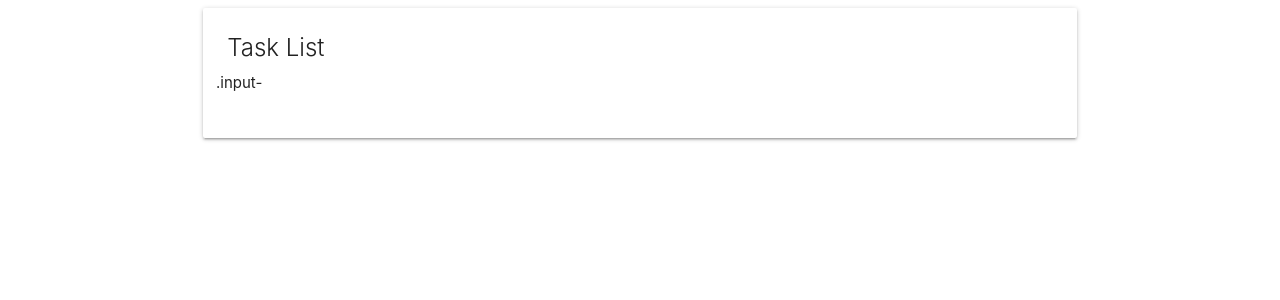
Repository: YasirGaji/Sandbox
Page: index.html
These files come from the project's save history. The page is drawn as it stood at one moment and after the next save; the edit follows.
The browser window is 1280 px wide. The pictures show the whole page.

Above is the page before, as saved 2021-12-01 15:15:07.

After the next save:
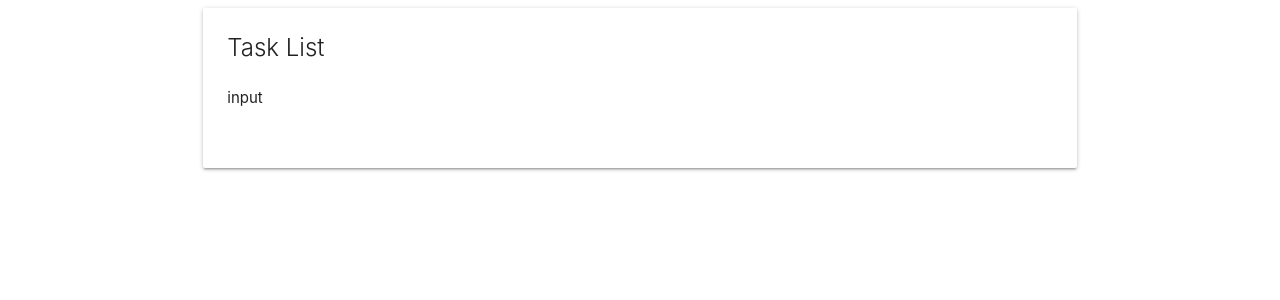
Saved 25 s later.
--- a/index.html
+++ b/index.html
@@ -21,7 +21,9 @@
             <span class="card-title">Task List</span>
             <div class="row">
               <form id="task-form">
-                .input-
+                <div class="input-field col s12">
+                  input
+                </div>
               </form>
             </div>
           </div>
